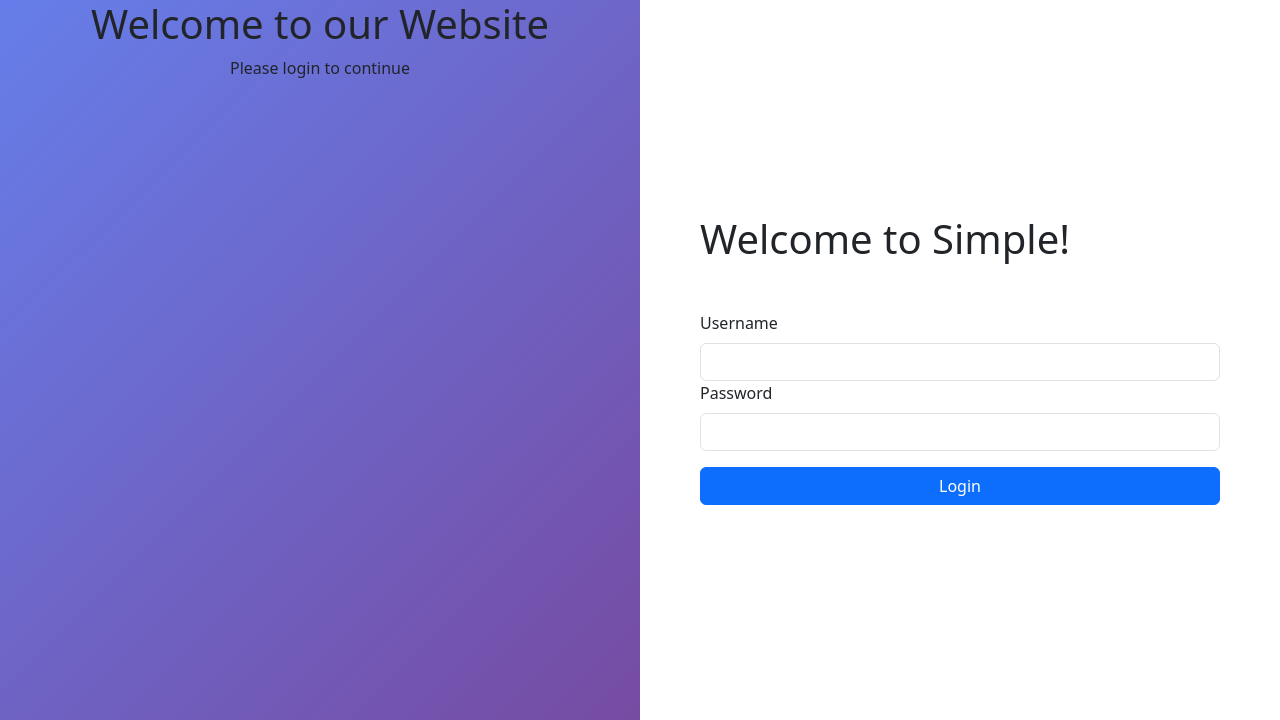
Repository: oboioz/SimpleTodoApp
Page: / (app in SimpleTodoAppFrontEnd/todo-app/)
An editor plug-in stored every save of this project. The page is shown before and after the next save, followed by the edit.
The browser window is 1280 px wide. The pictures show the whole page.
The project was rebuilt for these pictures with package versions that can differ from the ones it lists, and the page was loaded fresh each time.

Above is the page before, as saved 2024-04-03 20:40:05.

### SimpleTodoAppFrontEnd/todo-app/src/App.js
import 'bootstrap/dist/css/bootstrap.min.css';
import './App.css';
import TodoApp from './components/TodoApp';

function App() {
  return (
    <div className="App">
      <TodoApp />
    </div>
  )
}

export default App;

### SimpleTodoAppFrontEnd/todo-app/src/components/TodoApp.jsx
import LoginComponent from "./todo/Login/LoginComponent";

export default function TodoApp() {
    return (
        <div className="todo-app">
            <LoginComponent />
        </div>
    )
}

### SimpleTodoAppFrontEnd/todo-app/src/components/todo/Login/LoginComponent.jsx
import './LoginStyle.css';


function LoginComponent() {

    return (
        <div className="Login container-fluid">
            <div className="row align-items-center">
                <div className="col gradient-background">
                    <div className="content">
                        <h1 className="text">Welcome to our Website</h1>
                        <p className="text">Please login to continue</p>
                    </div>
                </div>
                <div className="col">

                    <form className="LoginForm m-5">
                        <h1 class="mb-5">Welcome to Simple!</h1>
                        <div>
                            <label className="form-label">Username</label>
                            <input type="text" name="username" className="form-control" />
                        </div>
                        <div>
                            <label className="form-label">Password</label>
                            <input type="password" name="password" className="form-control" />
                        </div>

                        <button type="button" name="login" class="btn btn-primary mt-3">Login</button>
                    </form>
                </div>
            </div>
        </div>

    )

}

export default LoginComponent;

### SimpleTodoAppFrontEnd/todo-app/src/components/todo/Login/LoginStyle.css
.row {
    display: flex;
    justify-content: center;
    align-items: center;
    height: 100vh;
}

.LoginForm {
    display: flex;
    flex-direction: column;
    text-align: left;
    justify-content: left;
    align-items: left;
    margin-top: -8vh;
}

.img {
    width: '100%';
    height: '100%';
    object-fit:'cover';
}

.gradient-background {
    background: linear-gradient(135deg, #667eea 0%, #764ba2 100%);
    height: 100%;
}

Loaded but not shown: SimpleTodoAppFrontEnd/todo-app/public/index.html (common file); SimpleTodoAppFrontEnd/todo-app/src/index.js (common file); SimpleTodoAppFrontEnd/todo-app/src/index.css (common file); SimpleTodoAppFrontEnd/todo-app/src/reportWebVitals.js (common file); SimpleTodoAppFrontEnd/todo-app/src/App.css (common file)

After the next save:
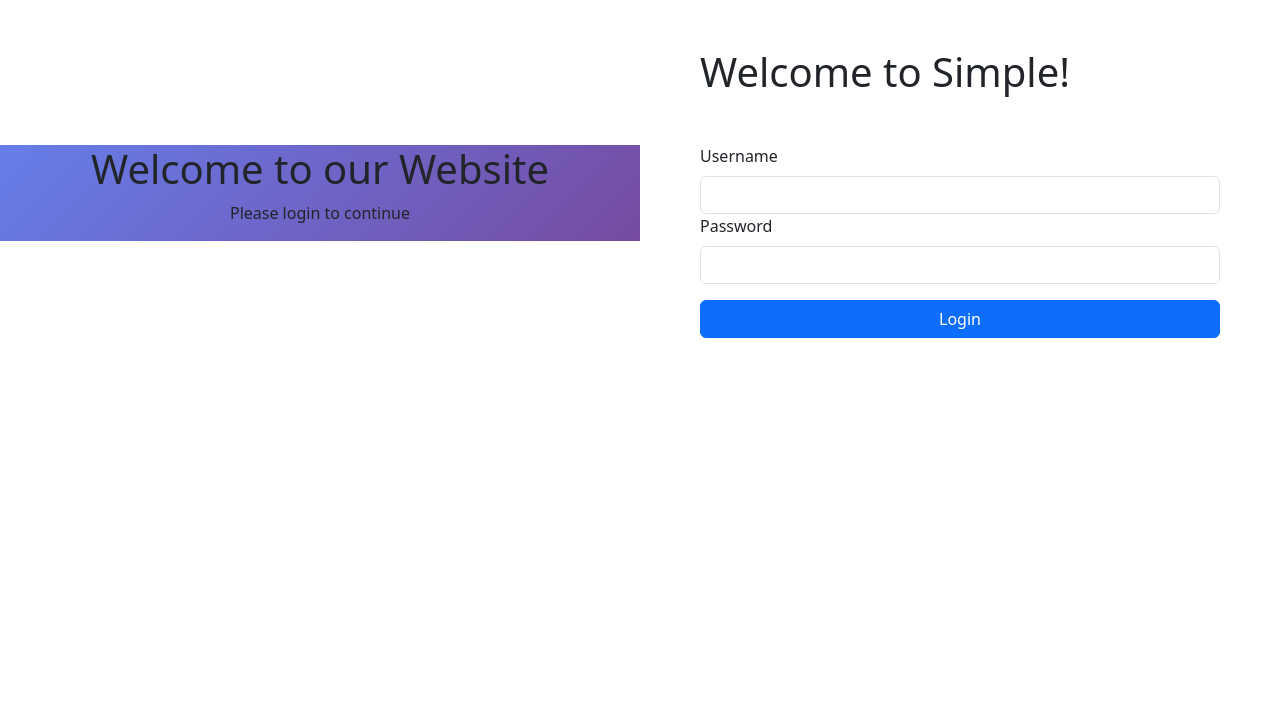
Saved 3 min 28 s later.
--- a/SimpleTodoAppFrontEnd/todo-app/src/components/todo/Login/LoginStyle.css
+++ b/SimpleTodoAppFrontEnd/todo-app/src/components/todo/Login/LoginStyle.css
@@ -1,3 +1,7 @@
+<style>
+@import url('https://fonts.googleapis.com/css2?family=Righteous&display=swap')
+</style>
+
 .row {
     display: flex;
     justify-content: center;

After the save that followed:
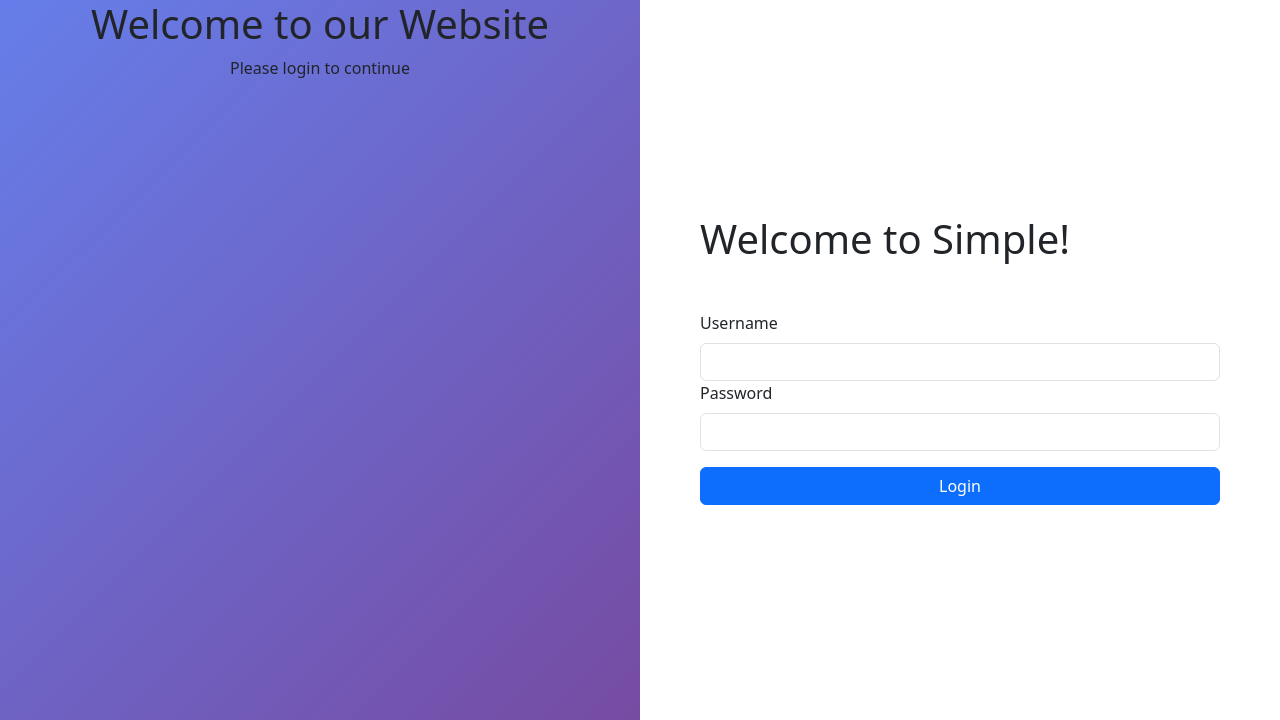
Saved 5 s later.
--- a/SimpleTodoAppFrontEnd/todo-app/src/components/todo/Login/LoginStyle.css
+++ b/SimpleTodoAppFrontEnd/todo-app/src/components/todo/Login/LoginStyle.css
@@ -1,6 +1,4 @@
-<style>
-@import url('https://fonts.googleapis.com/css2?family=Righteous&display=swap')
-</style>
+
 
 .row {
     display: flex;
